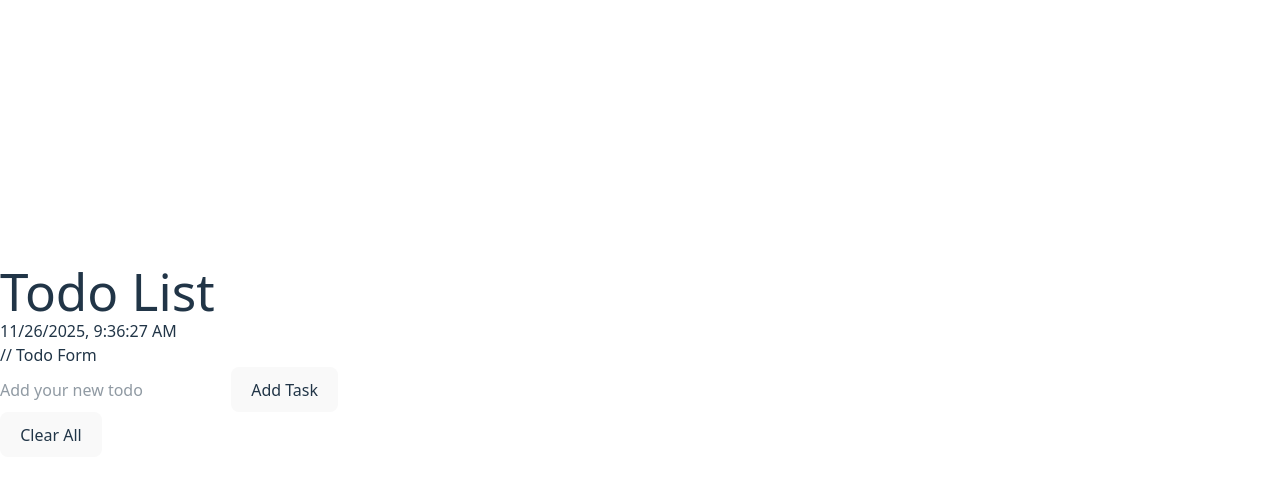
Repository: rushikesh-kolpe21/React_lectures
Page: / (app in React_bun/)
The author's editor kept a copy of each file at every save. The page is drawn from the files as they stood at one save, then again after the next save.
The browser window is 1280 px wide. The pictures show the whole page.
The project was rebuilt for these pictures with package versions that can differ from the ones it lists, and the page was loaded fresh each time. Also part of the build but not shown: React_bun/vite.config.js, React_bun/src/components/DericedState.jsx, React_bun/src/components/EventProps.jsx, React_bun/src/components/SeriesCards.jsx, React_bun/src/components/Netflix.jsx, React_bun/src/components/Profile.jsx, React_bun/src/components/ToogleSwitch.jsx, React_bun/src/projects/Todo/TodoList.jsx.

Above is the page before, as saved 2025-12-06 07:36:26.

### React_bun/src/main.jsx
import { StrictMode } from 'react'
import { createRoot } from 'react-dom/client'
import './index.css'
import {App} from './App.jsx'

createRoot(document.getElementById('root')).render(
  <StrictMode>
    <App />
  </StrictMode>,
)

### React_bun/src/App.jsx
import { DericedState } from "./components/DericedState";
import { EventProps } from "./components/EventProps";
import { Netflix } from "./components/Netflix";
import { Profile } from "./components/Profile";
import { ToogleSwitch } from "./components/ToogleSwitch";
import { Todo } from "./projects/Todo/Todo";

 export const App =()=> {

  const age = 17;

  return(
    <>
    {/* <Netflix/> */}
    {/* <Profile/> */}
    {/* <EventProps/> */}
    {/* <DericedState/> */}
    {/* <ToogleSwitch/> */}
    <section>{<Todo />}</section>
    </>
  )
}

### React_bun/src/projects/Todo/Todo.jsx
import {useEffect, useState} from "react";
import { TodoForm } from "./TodoForm";
import { TodoList } from "./TodoList";

export const Todo = ()=> {


    const [todoList, setTodoList] = useState ([]); // Initial empty array for todo items
    const [dateTime, setDateTime] = useState ();

    // Handle form submission
    const handleFormSubmit = (inputData) => {

         // validation
         // 1) If inputData is empty, do nothing
        if(!inputData) return; // If inputData is empty, do nothing]

        //2) If inputData already exists in todoList, do nothing
        if(todoList.includes(inputData)) {
            alert("Todo item already exists!");
            return;
        };

        // Add the new todo item to the todoList
        setTodoList([...todoList, inputData]); // Spread operator se existing todoList ke sare items ko le raha hai aur usme naya inputData add kar raha hai.

    }


    // Handle delete button
    const handleDelButton = (index) => {
        console.log("Delete button clicked");
        const updatedTodoList = todoList.filter((item, idx)=> idx !== index);
        setTodoList(updatedTodoList);
    }

    // Handle clear all button
    const handleClearAll=()=>{
        setTodoList([]); // Clear the entire todo list by setting it to an empty array
    }


     //TODO DATE - TIME
    useEffect(()=> {
        const intervalId = setInterval(() => {
            const now  = new Date();
            const formattedDateTime = now.toLocaleString();
            setDateTime(formattedDateTime);
         }, 1000);

         return ()=> clearInterval(intervalId); // Cleanup interval on component unmount
    }, [] );


    return (
        <section>
           <header>
            <h1>Todo List</h1>
            <h2>{dateTime}</h2>
           </header>
           <section>

           // Todo Form
           <TodoForm onAddTodo={handleFormSubmit} />

            <ul>
                {todoList.map((currTodo, index)=>{
                    return(
                        <TodoList key={index} currTodo={currTodo} index={index}  handleDelButton={handleDelButton} />
                    )
                })}
                <button onClick={handleClearAll}>Clear All</button>
            </ul>
           </section>
        </section>
    )
}

### React_bun/src/projects/Todo/TodoForm.jsx
import { useState } from "react";

export const TodoForm = ({onAddTodo}) => {

    const [inputData, setInputData] = useState("");

     // Handle input change
    const handleInputChange = (event)=>{
        setInputData(event.target.value);// inputData state ko new data (user ne jo type kiya) se update kar raha hai.
    };

    // Handle form submission
    const handleFormSubmit = ( event) => {
        event.preventDefault(); // Prevent the default form submission behavior
        onAddTodo(inputData);
        setInputData(""); // Clear the input field after submission

    }

    //  // Handle button submit
    // const onBtnSubmit = (event) => {
    //      event.preventDefault();
    //     setInputData(""); // Clear the input field after submission

    // }


    return (
        <section>
             <form onSubmit={handleFormSubmit} >
                <div>
                    <input
                    type="text"
                    placeholder="Add your new todo"
                    value= {inputData} // for give react control on input field and set value from state
                    onChange={handleInputChange}
                    />
                    <button  type="submit">Add Task</button>
                </div>
            </form>
        </section>
    );
}

### React_bun/src/projects/Todo/TodoDateTime.jsx
export const TodoDateTime = ({dateTime}) => {
    return (
        <h2>{dateTime}</h2>
    );
}

Loaded but not shown: React_bun/index.html (common file); React_bun/src/index.css (common file)

After the next save:
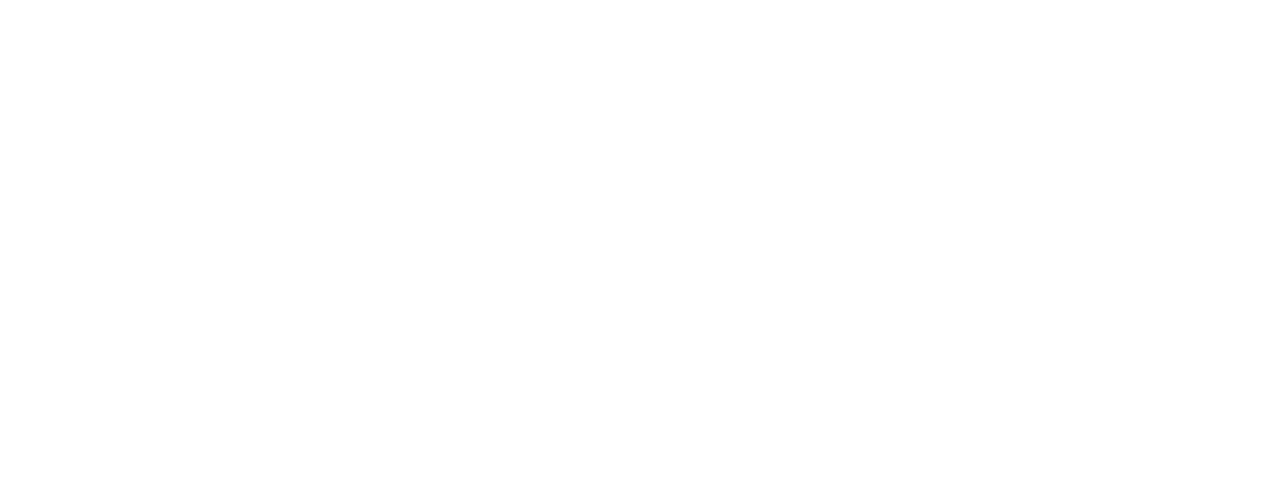
Console error: ReferenceError: TodoDateTime is not defined
Saved 28 s later.
--- a/React_bun/src/projects/Todo/Todo.jsx
+++ b/React_bun/src/projects/Todo/Todo.jsx
@@ -56,7 +56,7 @@
         <section>
            <header>
             <h1>Todo List</h1>
-            <h2>{dateTime}</h2>
+            <TodoDateTime dateTime={dateTime} />
            </header>
            <section>
 

After the save that followed:
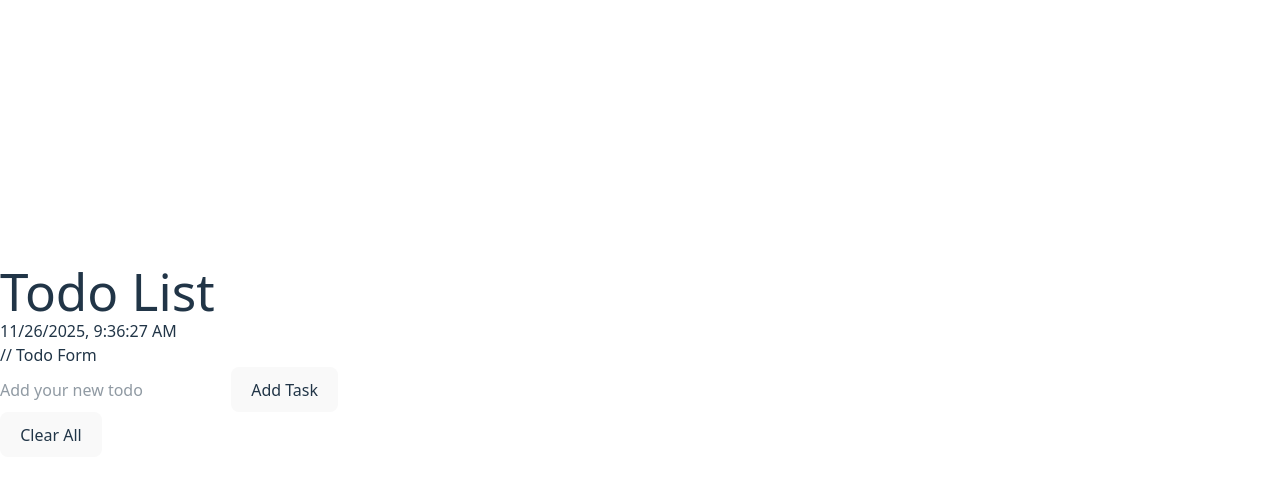
The error is gone.
Saved 25 s later.
--- a/React_bun/src/projects/Todo/Todo.jsx
+++ b/React_bun/src/projects/Todo/Todo.jsx
@@ -1,6 +1,7 @@
 import {useEffect, useState} from "react";
 import { TodoForm } from "./TodoForm";
 import { TodoList } from "./TodoList";
+import { TodoDateTime } from "./TodoDateTime";
 
 export const Todo = ()=> {
 
